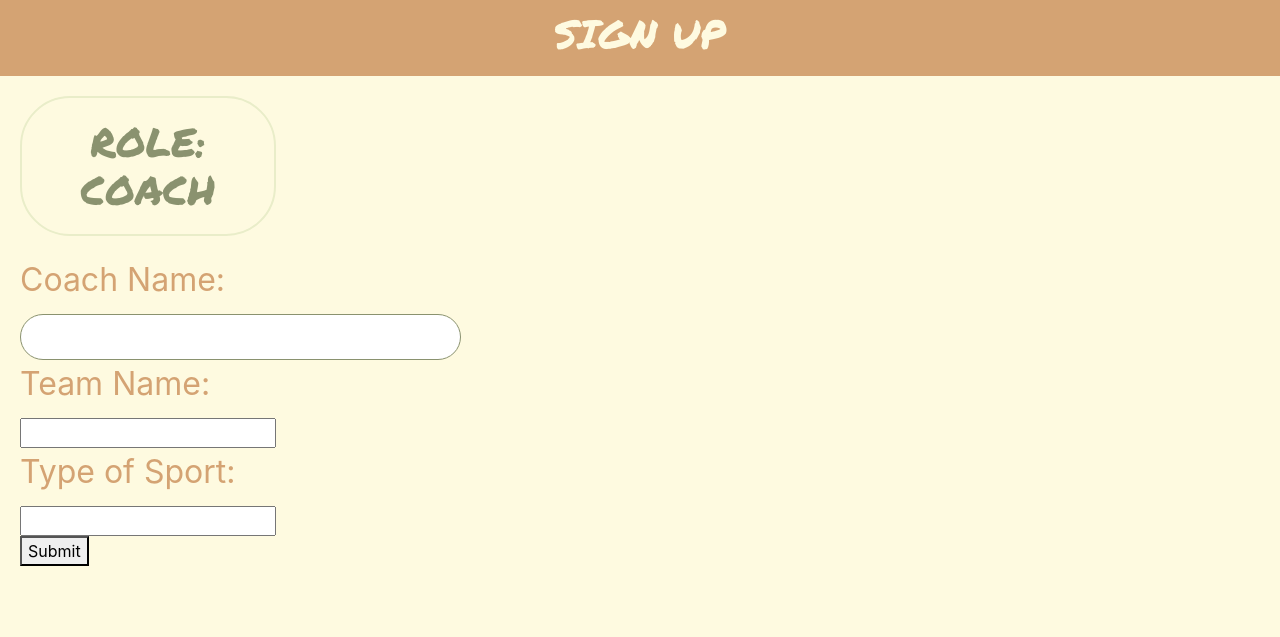
Repository: Aryaholmukhe/treasureHacks
Page: http://localhost/coach
These files come from the project's save history. The page is drawn as it stood at one moment and after a run of saves; the edit follows.
The browser window is 1280 px wide. The pictures show the whole page.
The page is served by the project's Node server (server.js). Queries for data that is not in the repository find no rows.

Above is the page before, as saved 2022-03-26 19:51:02.

After the next 2 saves:
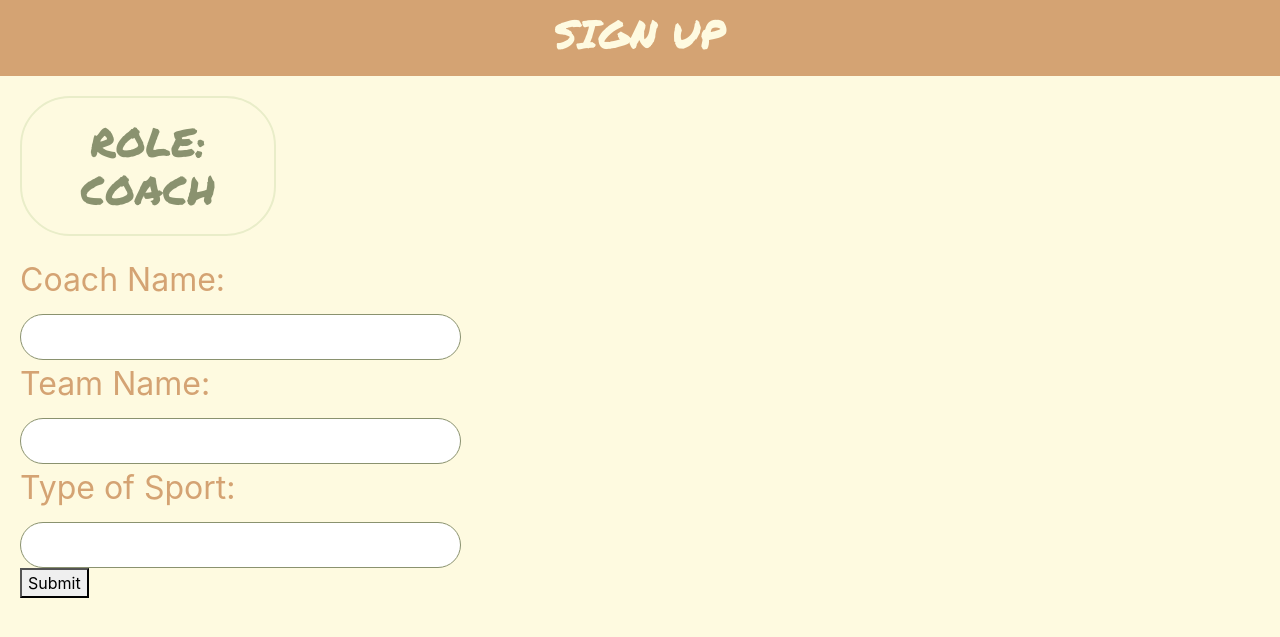
The 2 saves are shown as one change because they came seconds apart.
The last was saved 11 s later.
--- a/views/signup/coach.ejs
+++ b/views/signup/coach.ejs
@@ -31,10 +31,10 @@
         <input class="input" type="text" name="coachName" style="border: 1px solid #8A926F; background-color: none; border-radius: 50px; font-size: 28px">
 <br>
         <label class="label" for="teamName" style="color: #D4A373; font-size: 32px;">Team Name: </label>
-        <input class="input" type="text" name="teamName">
+        <input class="input" type="text" name="teamName" style="border: 1px solid #8A926F; background-color: none; border-radius: 50px; font-size: 28px">
 <br>
         <label class="label" for="sportType" style="color: #D4A373; font-size: 32px;">Type of Sport: </label>
-        <input class="input" type="text" name="sportType">
+        <input class="input" type="text" name="sportType" style="border: 1px solid #8A926F; background-color: none; border-radius: 50px; font-size: 28px">
 <br>
 
 
